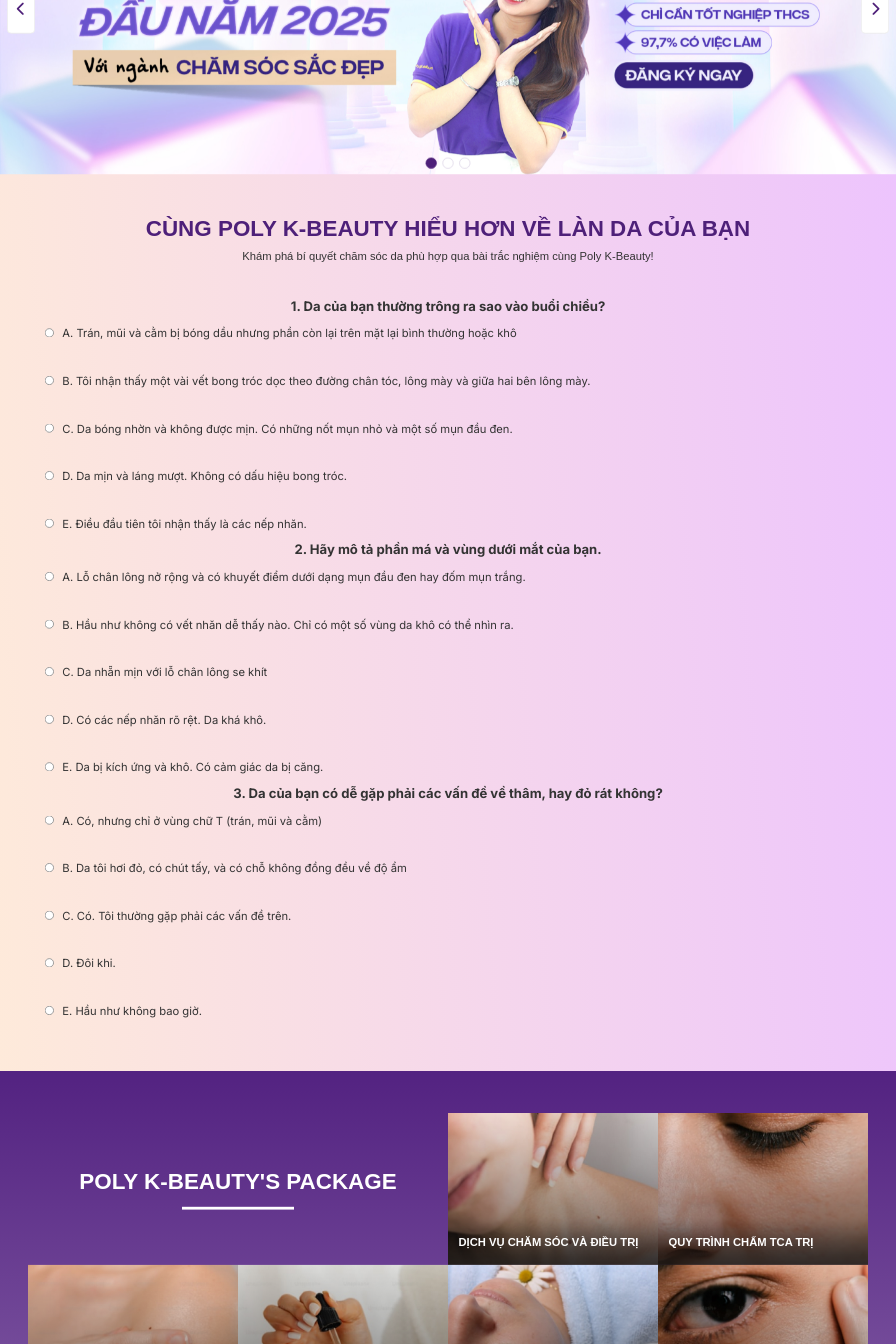
Repository: dinhtri123/k_beauty
Page: test.html
The author's editor kept a copy of each file at every save. The page is drawn from the files as they stood at one save, then again after the next save.
The browser window is 1280 px wide. The pictures show the part of the page from y = 410 to 2330 px (the page is 5398 px tall), at 70% of full size.
Some web fonts or font styles are not loaded; a fallback is used.

Above is the page before, as saved 2024-12-25 14:15:27.

### test.html
<!DOCTYPE html>
<html lang="en">

<head>
  <meta charset="UTF-8">
  <meta name="viewport" content="width=device-width, initial-scale=1.0">
  <title>Home Page</title>
  <link rel="stylesheet" href="https://cdn.jsdelivr.net/npm/swiper@11/swiper-bundle.min.css" />
  <link rel="stylesheet" href="https://cdnjs.cloudflare.com/ajax/libs/font-awesome/6.7.2/css/all.min.css"
    integrity="sha512-Evv84Mr4kqVGRNSgIGL/F/aIDqQb7xQ2vcrdIwxfjThSH8CSR7PBEakCr51Ck+w+/U6swU2Im1vVX0SVk9ABhg=="
    crossorigin="anonymous" referrerpolicy="no-referrer" />
  <link rel="stylesheet" href="./css/style.css">
  <link rel="stylesheet" href="./css/test.css">
</head>

<body>
  <header>
    <div class="header-top-wrapper">
      <div class="container">
        <div class="header-top">
          <div class="header-top-left">
            <a href="mailto:caodang@fpt.edu.vn">
              <img src="./images/mail-outline.png" alt="">
              <span>caodang@fpt.edu.vn</span>
            </a>
            <p>
              <img src="./images/call-outline.png" alt="">
              <a href="tel:024 6327 6402">024 6327 6402</a>
              <span>|</span>
              <a href="tel: 0981 725 836"> 0981 725 836</a>
            </p>
          </div>
          <div class="header-top-right">
            <a href="">
              <img src="./images/Facebook.png" alt="">
            </a>
            <a href="">
              <img src="./images/YouTube.png" alt="">
            </a>
            <a href="">
              <img src="./images/TikTok.png" alt="">
            </a>
            <a href="">
              <img src="./images/Frame.png" alt="">
            </a>
          </div>
        </div>
      </div>
    </div>
    <div class="header-main container">
      <a href="" class="header-logo">
        <img src="./images/logo.png" alt="">
      </a>
      <nav class="header-nav">
        <ul class="header-menu">
          <li>
            <a href="">Trang chủ</a>
          </li>
          <li>
            <a href="">Giới thiệu
              <span>
                <img src="./images/arrow-bottom.png" alt="">
              </span>
            </a>
          </li>
          <li>
            <a href="">ngành đào tạo
              <span>
                <img src="./images/arrow-bottom.png" alt="">
              </span>
            </a>
          </li>
          <li>
            <a href="">ƯU đãi</a>
          </li>
          <li>
            <a href="">kiến thức da liễu cùng chuyên gia</a>
          </li>
          <li class="header-btn-close sm">
            <i class="fa-solid fa-xmark"></i>
          </li>
        </ul>
      </nav>
      <span class="header-btn-menu sm">
        <i class="fa-solid fa-bars"></i>
      </span>
    </div>
  </header>
  <main id="test">
    <section class="slider-hero">
      <div class="swiper hero-swiper">
        <div class="swiper-wrapper">
          <div class="swiper-slide">
            <img src="./images/image 1.jpg" alt="">
          </div>
          <div class="swiper-slide">
            <img src="./images/image 1.jpg" alt="">
          </div>
          <div class="swiper-slide">
            <img src="./images/image 1.jpg" alt="">
          </div>
        </div>
        <div class="hero-btn swiper-button-next">
          <i class="fa-solid fa-chevron-right"></i>
        </div>
        <div class="hero-btn swiper-button-prev">
          <i class="fa-solid fa-chevron-left"></i>
        </div>
        <div class="swiper-pagination"></div>
      </div>
    </section>
    <section class="befenit">
      <div class="container">
        <div class="befenit-inner">
          <h2>CÙNG POLY K-BEAUTY HIỂU HƠN VỀ LÀN DA CỦA BẠN</h2>
          <p>Khám phá bí quyết chăm sóc da phù hợp qua bài trắc nghiệm cùng Poly K-Beauty!</p>
          <div class="befenit-question">
            <div class="question-item">
              <h3>1. Da của bạn thường trông ra sao vào buổi chiều?</h3>
              <div class="question-option">
                <label for="question_1_opt_1">
                  <input type="radio" name="question_1" id="question_1_opt_1">
                  A. Trán, mũi và cằm bị bóng dầu nhưng phần còn lại trên mặt lại bình thường hoặc khô
                </label>
                <label for="question_1_opt_2">
                  <input type="radio" name="question_1" id="question_1_opt_2">
                  B. Tôi nhận thấy một vài vết bong tróc dọc theo đường chân tóc, lông mày và giữa hai bên lông mày.
                </label>
                <label for="question_1_opt_3">
                  <input type="radio" name="question_1" id="question_1_opt_3">
                  C. Da bóng nhờn và không được mịn. Có những nốt mụn nhỏ và một số mụn đầu đen.
                </label>
                <label for="question_1_opt_4">
                  <input type="radio" name="question_1" id="question_1_opt_4">
                  D. Da mịn và láng mượt. Không có dấu hiệu bong tróc.
                </label>
                <label for="question_1_opt_5">
                  <input type="radio" name="question_1" id="question_1_opt_5">
                  E. Điều đầu tiên tôi nhận thấy là các nếp nhăn.
                </label>
              </div>
            </div>
            <div class="question-item">
              <h3>2. Hãy mô tả phần má và vùng dưới mắt của bạn.</h3>
              <div class="question-option">
                <label for="question_1_opt_1">
                  <input type="radio" name="question_1" id="question_1_opt_1">
                  A. Lỗ chân lông nở rộng và có khuyết điểm dưới dạng mụn đầu đen hay đốm mụn trắng.
                </label>
                <label for="question_1_opt_2">
                  <input type="radio" name="question_1" id="question_1_opt_2">
                  B. Hầu như không có vết nhăn dễ thấy nào. Chỉ có một số vùng da khô có thể nhìn ra.
                </label>
                <label for="question_1_opt_3">
                  <input type="radio" name="question_1" id="question_1_opt_3">
                  C. Da nhẵn mịn với lỗ chân lông se khít
                </label>
                <label for="question_1_opt_4">
                  <input type="radio" name="question_1" id="question_1_opt_4">
                  D. Có các nếp nhăn rõ rệt. Da khá khô.
                </label>
                <label for="question_1_opt_5">
                  <input type="radio" name="question_1" id="question_1_opt_5">
                  E. Da bị kích ứng và khô. Có cảm giác da bị căng.
                </label>
              </div>
            </div>
            <div class="question-item">
              <h3>3. Da của bạn có dễ gặp phải các vấn đề về thâm, hay đỏ rát không?</h3>
              <div class="question-option">
                <label for="question_1_opt_1">
                  <input type="radio" name="question_1" id="question_1_opt_1">
                  A. Có, nhưng chỉ ở vùng chữ T (trán, mũi và cằm)
                </label>
                <label for="question_1_opt_2">
                  <input type="radio" name="question_1" id="question_1_opt_2">
                  B. Da tôi hơi đỏ, có chút tấy, và có chỗ không đồng đều về độ ẩm
                </label>
                <label for="question_1_opt_3">
                  <input type="radio" name="question_1" id="question_1_opt_3">
                  C. Có. Tôi thường gặp phải các vấn đề trên.
                </label>
                <label for="question_1_opt_4">
                  <input type="radio" name="question_1" id="question_1_opt_4">
                  D. Đôi khi.
                </label>
                <label for="question_1_opt_5">
                  <input type="radio" name="question_1" id="question_1_opt_5">
                  E. Hầu như không bao giờ.
                </label>
              </div>
            </div>
          </div>
        </div>
      </div>
    </section>
    <section class="package">
      <div class="container">
        <div class="package-inner">
          <h2>POLY K-BEAUTY'S PACKAGE <span class="line"></span></h2>
          <div class="package-item">
            <img src="./images/package_img1.jpg" alt="">
            <h3>Dịch vụ chăm sóc và điều trị</h3>
          </div>
          <div class="package-item">
            <img src="./images/package_img2.jpg" alt="">
            <h3>QUY TRÌNH CHẤM TCA TRỊ</h3>
          </div>
          <div class="package-item">
            <img src="./images/package_img3.jpg" alt="">
            <h3>PHƯƠNG PHÁP TIÊM SẸO LỒI</h3>
          </div>
          <div class="package-item">
            <img src="./images/package_img4.jpg" alt="">
            <h3>LASER TRỊ THÂM CÓ TỐT</h3>
          </div>
          <div class="package-item">
            <img src="./images/package_img5.jpg" alt="">
            <h3>TRỊ NẤM DA BẰNG LASER TẠI</h3>
          </div>
          <div class="package-item">
            <img src="./images/package_img6.jpg" alt="">
            <h3>LÀN DA KHÔNG ĐỀU MÀU VÀ</h3>
          </div>
          <div class="package-item">
            <img src="./images/package_img7.jpg" alt="">
            <h3>GIẢI PHÁP ĐIỀU TRỊ MỤN THỊT</h3>
          </div>
          <div class="package-item">
            <img src="./images/package_img8.jpg" alt="">
            <h3>ĐIỀU TRỊ SẸO RỖ BẰNG LASER</h3>
          </div>
          <div class="package-item">
            <img src="./images/package_img9.jpg" alt="">
            <h3>TRẺ HOÁ BẰNG LASER</h3>
          </div>
          <div class="package-item">
            <img src="./images/package_img10.jpg" alt="">
            <h3>CHỐNG LÃO HOÁ TUỔI 30</h3>
          </div>
          <div class="package-item">
            <img src="./images/package_img11.jpg" alt="">
            <h3>ĐIỀU TRỊ MỤN Ở NGƯỜI LỚN</h3>
          </div>
          <div class="package-item">
            <img src="./images/package_img12.jpg" alt="">
            <h3>XOÁ XĂM HIỆU QUẢ VÀ</h3>
          </div>
          <div class="package-item">
            <img src="./images/package_img13.jpg" alt="">
            <h3>ĐIỀU TRỊ GIÃN MAO MẠCH</h3>
          </div>
          <div class="package-item">
            <img src="./images/package_img14.jpg" alt="">
            <h3>PHƯƠNG PHÁP TRỊ SẸO LỒI</h3>
          </div>
          <div class="package-item">
            <img src="./images/package_img15.jpg" alt="">
            <h3>LĂN KIM TRỊ SẸO RỖ</h3>
          </div>
          <div class="package-item">
            <img src="./images/package_img16.jpg" alt="">
            <h3>ĐIỆN DI VITAMIN C - GIẢI PHÁP</h3>
          </div>
          <div class="package-item">
            <img src="./images/package_img17.jpg" alt="">
            <h3>TRẺ HOÁ DA VỚI LIỆU TRÌNH</h3>
          </div>
          <div class="package-item">
            <img src="./images/package_img18.jpg" alt="">
            <h3>PEEL DA HOÁ HỌC CHUYÊN</h3>
          </div>
          <div class="package-item">
            <img src="./images/package_img19.jpg" alt="">
            <h3>PEEL DA HOÁ HỌC NỒNG ĐỘ</h3>
          </div>
          <div class="package-item">
            <img src="./images/package_img20.jpg" alt="">
            <h3>PEEL DA HOÁ HỌC NỒNG ĐỘ</h3>
          </div>
          <div class="package-item">
            <img src="./images/package_img21.jpg" alt="">
            <h3>PEEL DA HOÁ HỌC</h3>
          </div>
          <div class="package-item">
            <img src="./images/package_img22.jpg" alt="">
            <h3>PHƯƠNG PHÁP MÀI DA VI</h3>
          </div>
          <div class="package-item">
            <img src="./images/package_img23.jpg" alt="">
            <h3>CHẮM SÓC & ĐIỀU TRỊ DA CHO</h3>
          </div>
          <div class="package-item">
            <img src="./images/package_img24.jpg" alt="">
            <h3>XOÁ NỐT RUỒI</h3>
          </div>
          <div class="package-item">
            <img src="./images/package_img25.jpg" alt="">
            <h3>KIỂM TRA DA MẶT Ở ĐÂU ĐỂ</h3>
          </div>
          <div class="package-item">
            <img src="./images/package_img26.jpg" alt="">
            <h3>DỊCH VỤ CHĂM SÓC DA MẶT</h3>
          </div>
          <div class="package-item">
            <img src="./images/package_img27.jpg" alt="">
            <h3>MỤN LÀ CHUYỆN NHỎ VỚI</h3>
          </div>
          <div class="package-item">
            <img src="./images/package_img28.jpg" alt="">
            <h3>TÌM LẠI LÀN DA MỊN MÀNG VỚI</h3>
          </div>
          <div class="package-item">
            <img src="./images/package_img29.jpg" alt="">
            <h3>ĐỐT MỤN THỊT, U VÀNG</h3>
          </div>
          <div class="package-item">
            <img src="./images/package_img30.jpg" alt="">
            <h3>ĐIỀU TRỊ MỤN TRỨNG CÁ DỨT</h3>
          </div>
          <div class="package-item">
            <img src="./images/package_img31.jpg" alt="">
            <h3>TRIỆT LÔNG VĨNH VIỄN</h3>
          </div>
          <div class="package-item">
            <img src="./images/package_img32.jpg" alt="">
            <h3>NÁM DA VÀ RỐI LOẠN SẮC TỐ</h3>
          </div>
          <div class="package-item">
            <img src="./images/package_img33.jpg" alt="">
            <h3>LIỆU TRÌNH TRẺ HOÁ DA LÀM</h3>
          </div>
          <div class="package-item">
            <img src="./images/package_img34.jpg" alt="">
            <h3>ĐIỀU TRỊ TRỊ MỤN</h3>
          </div>
        </div>
      </div>
    </section>
    <section class="form-bottom">
      <div class="container">
        <div class="form-inner">
          <div class="form-text">
            <h2>Tìm hiểu chương trình tại Poly K-Beauty và nhận tư vấn ngay!</h2>
            <button>Đăng ký ngay</button>
          </div>
          <div class="form-img">
            <img src="./images/form-img.png" alt="">
          </div>
        </div>
      </div>
    </section>
  </main>
  <footer>
    <div class="container">
      <div class="footer-wrapper">
        <div class="footer-left">
          <div class="footer-logo">
            <img src="./images/logo-footer.png" alt="">
          </div>
          <div class="footer-social">
            <a href="#">
              <img src="./images/icon-fb.png" alt="">
            </a>
            <a href="#">
              <img src="./images/icon-ytb.png" alt="">
            </a>
            <a href="#">
              <img src="./images/icon-tiktok.png" alt="">
            </a>
            <a href="#">
              <img src="./images/icon-wiki.png" alt="">
            </a>
          </div>
          <div class="footer-contact">
            <h3>THÔNG TIN LIÊN HỆ</h3>
            <ul>
              <li>Điện thoại: (024) 7300 1955</li>
              <li>Email: caodang@fpt.edu.vn</li>
            </ul>
          </div>
        </div>
        <div class="footer-right">
          <h3>HỆ THỐNG VĂN PHÒNG TUYỂN SINH</h3>
          <div class="footer-local">
            <div class="local-item">
              <h4>Cơ sở Hà Nội</h4>
              <ul>
                <li><span><ion-icon name="location-outline"></ion-icon></span> Cổng số 1, Tòa nhà FPT
                  Polytechnic, 13 phố Trịnh Văn Bô, phường Phương Canh, quận Nam Từ Liêm, TP Hà Nội
                  Km12
                  Cầu Diễn, Phường Phúc Diễn, Quận Bắc Từ Liêm, Hà Nội</li>
                <li><span><ion-icon name="call-outline"></ion-icon></span>(024) 8582 0808</li>
              </ul>
            </div>
            <div class="local-item">
              <h4>Cơ sở Hồ Chí Minh</h4>
              <ul>
                <li><span><ion-icon name="location-outline"></ion-icon></span> Tòa nhà QTSC9 (toà T),
                  đường
                  Tô Ký, phường Tân Chánh Hiệp, quận 12, TP HCM.</li>
                <li><span><ion-icon name="location-outline"></ion-icon></span> 778/B1 Nguyễn Kiệm,
                  phường
                  04, quận Phú Nhuận, TP HCM
                  0901 660 002 – 028 6686 6486</li>
              </ul>
            </div>
            <div class="local-item">
              <h4>Cơ sở Thái Nguyên</h4>
              <ul>
                <li><span><ion-icon name="location-outline"></ion-icon></span> Tòa nhà FPT Polytechnic,
                  đường đê Mỏ Bạch, tổ 10, phường Quyết Thắng, TP Thái Nguyên, tỉnh Thái Nguyên</li>
                <li><span><ion-icon name="location-outline"></ion-icon></span> 091 532 9213</li>
              </ul>
            </div>
            <div class="local-item">
              <h4>Cơ sở Đà Nẵng</h4>
              <ul>
                <li><span><ion-icon name="location-outline"></ion-icon></span> 219 Nguyễn Sinh Sắc,
                  phường
                  Hoà Minh, quận Liên Chiểu, TP Đà Nẵng</li>
                <li><span><ion-icon name="location-outline"></ion-icon></span> 023 6371 0999 – 094 302
                  5282
                </li>
              </ul>
            </div>
            <div class="local-item">
              <h4>Cơ sở Hải Phòng</h4>
              <ul>
                <li><span><ion-icon name="location-outline"></ion-icon></span> 271 Lê Thánh Tông, phường
                  Máy
                  Chai, quận Ngô Quyền, TP Hải Phòng</li>
                <li><span><ion-icon name="location-outline"></ion-icon></span> 0915431313</li>
              </ul>
            </div>
            <div class="local-item">
              <h4>Cơ sở Quy Nhơn</h4>
              <ul>
                <li><span><ion-icon name="location-outline"></ion-icon></span> 107A Thanh Niên, phường
                  Quang
                  Trung, TP Quy Nhơn, tỉnh Bình Định</li>
                <li><span><ion-icon name="location-outline"></ion-icon></span> 039 404 4568</li>
              </ul>
            </div>
            <div class="local-item">
              <h4>Cơ sở Hà Nam</h4>
              <ul>
                <li><span><ion-icon name="location-outline"></ion-icon></span> Tổ hợp Giáo dục FPT,
                  Unischool, Khu Đại học Nam Cao, Phường Hoàng Đông, Thị xã Duy Tiên, Hà Nam</li>
                <li><span><ion-icon name="location-outline"></ion-icon></span> 0911 968 213</li>
              </ul>
            </div>
            <div class="local-item">
              <h4>Cơ sở Tây Nguyên</h4>
              <ul>
                <li><span><ion-icon name="location-outline"></ion-icon></span> Số 300, 6 Đường Hà Huy
                  Tập,
                  Tổ dân phố 8, phường Tân An, TP Buôn Ma Thuột, Đắk Lắk</li>
                <li><span><ion-icon name="location-outline"></ion-icon></span> 026 2355 5678</li>
              </ul>
            </div>
            <div class="local-item">
              <h4>Cơ sở Thanh Hoá</h4>
              <ul>
                <li><span><ion-icon name="location-outline"></ion-icon></span> Tòa Beta, Tổ hợp giáo dục
                  FPT, Đại lộ Võ Nguyên Giáp, phường Quảng Thành, TP Thanh Hóa</li>
                <li><span><ion-icon name="location-outline"></ion-icon></span> 091 378 5213</li>
              </ul>
            </div>
            <div class="local-item">
              <h4>Cơ sở Đồng Nai</h4>
              <ul>
                <li><span><ion-icon name="location-outline"></ion-icon></span> 193 Đỗ Văn Thi, phường
                  Hiệp
                  Hòa, TP Biên Hòa, tỉnh Đồng Nai</li>
                <li><span><ion-icon name="location-outline"></ion-icon></span> 0345 690 031 – 0989 871
                  031
                </li>
              </ul>
            </div>
            <div class="local-item">
              <h4>Cơ sở Cần Thơ</h4>
              <ul>
                <li><span><ion-icon name="location-outline"></ion-icon></span> Toà nhà FPT Polytechnic,
                  đường số 22, phường Thường Thạnh, quận Cái Răng, TP Cần Thơ</li>
                <li><span><ion-icon name="location-outline"></ion-icon></span> 098 388 1100 – 091 2823
                  492
                </li>
              </ul>
            </div>
          </div>
        </div>
      </div>
    </div>
  </footer>
</body>

<script src="https://cdn.jsdelivr.net/npm/swiper@11/swiper-bundle.min.js"></script>

<script>
  var swiper = new Swiper(".hero-swiper", {
    loop: true,
    navigation: {
      nextEl: ".swiper-button-next",
      prevEl: ".swiper-button-prev",
    },
    pagination: {
      el: ".swiper-pagination",
    },
  });
</script>
<script src="./index.js"></script>

</html>

### css/test.css
.befenit-question * {
  font-family: var(--font-secondary);
}
.befenit-item {
  background-color: var(--cl-white);
  padding: 24px 32px;
  border-radius: 24px;
}
.befenit-item h3 {
  color: #000;
  font-size: 24px;
  line-height: 32px;
  font-weight: 700;
  margin-bottom: 24px;
}
.question-option {
  display: flex;
  flex-direction: column;
  gap: 16px;
}
.question-option label {
  border-radius: 50px;
  min-height: 52px;
  padding: 14px 24px;
  display: flex;
  align-items: center;
  gap: 12px;
}

Loaded but not shown: index.js (22 lines, source omitted); css/style.css (700 lines, source omitted)

After the next save:
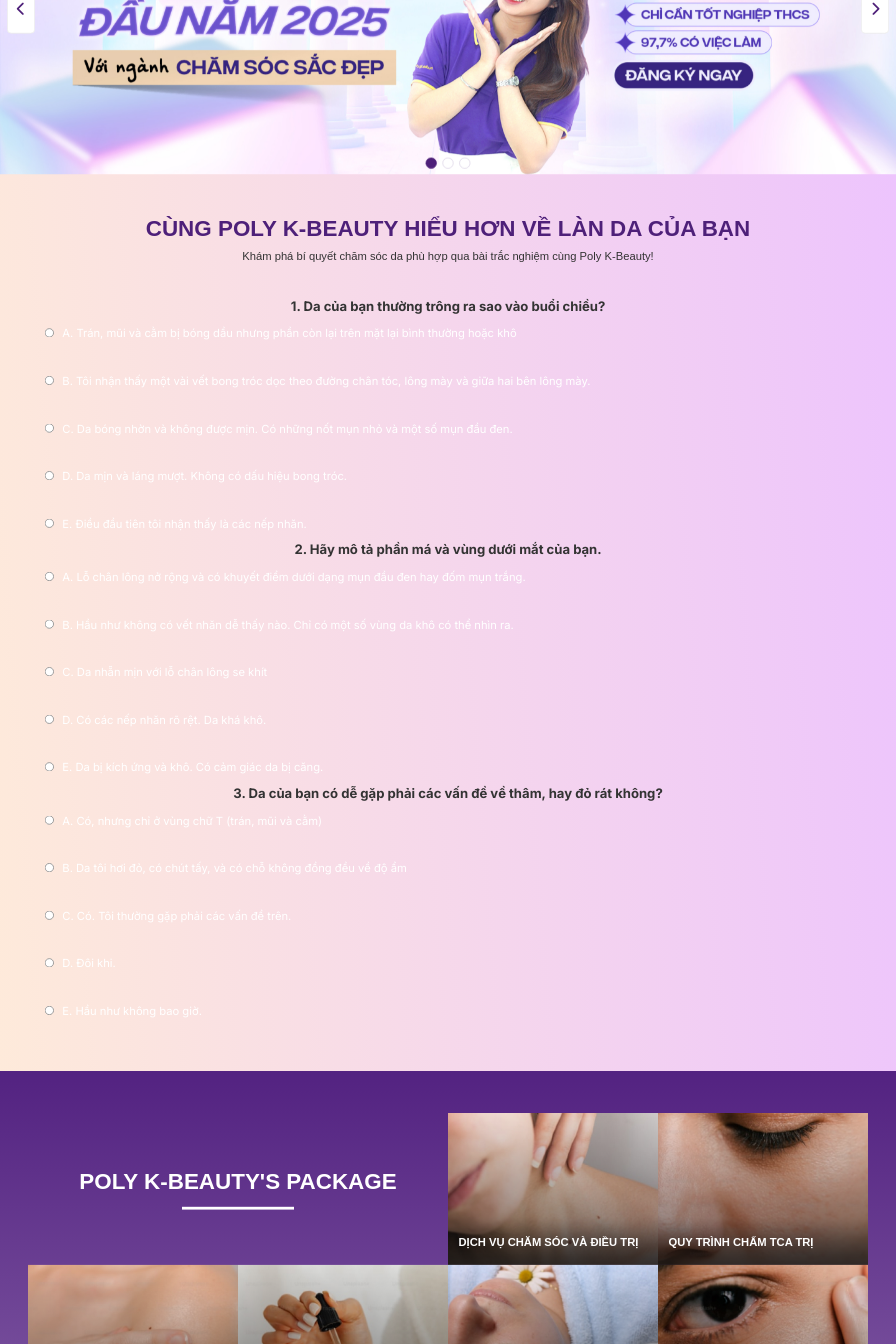
Saved 9 s later.
--- a/css/test.css
+++ b/css/test.css
@@ -25,4 +25,5 @@
   display: flex;
   align-items: center;
   gap: 12px;
+  color: var(--cl-white);
 }
